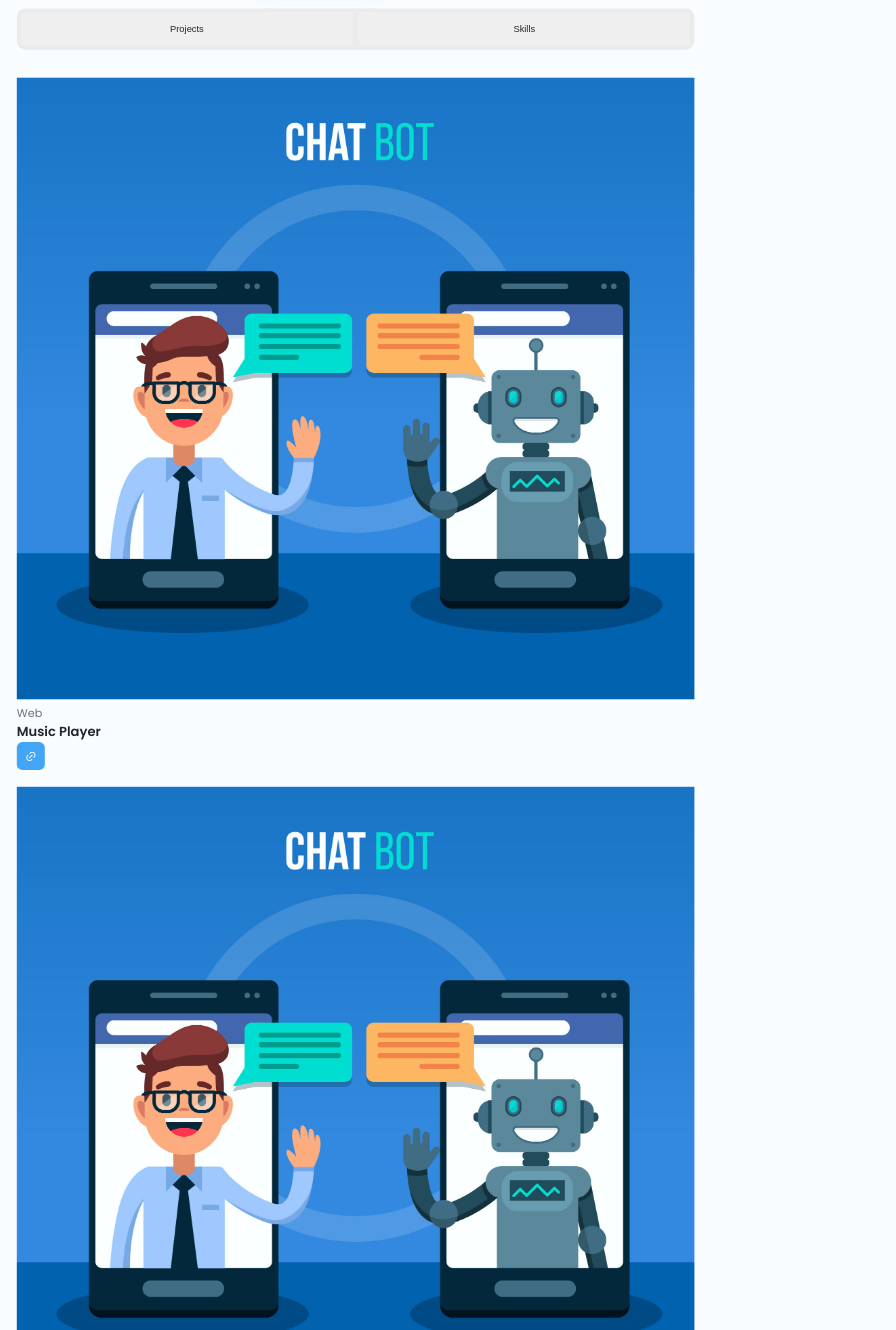
Repository: Kaii-Dev/Porfolio
Page: index.html
These files come from the project's save history. The page is drawn as it stood at one moment and after a run of saves; the edit follows.
The browser window is 1280 px wide. The pictures show the part of the page from y = 490 to 2390 px (the page is 4629 px tall before and 4634 px after), at 70% of full size.
A picture or video elsewhere on the page could not be fetched, so the positions and the page height are approximate. Some web libraries are served in a nearby version.

Above is the page before, as saved 2022-04-12 16:28:51.

After the next 4 saves:
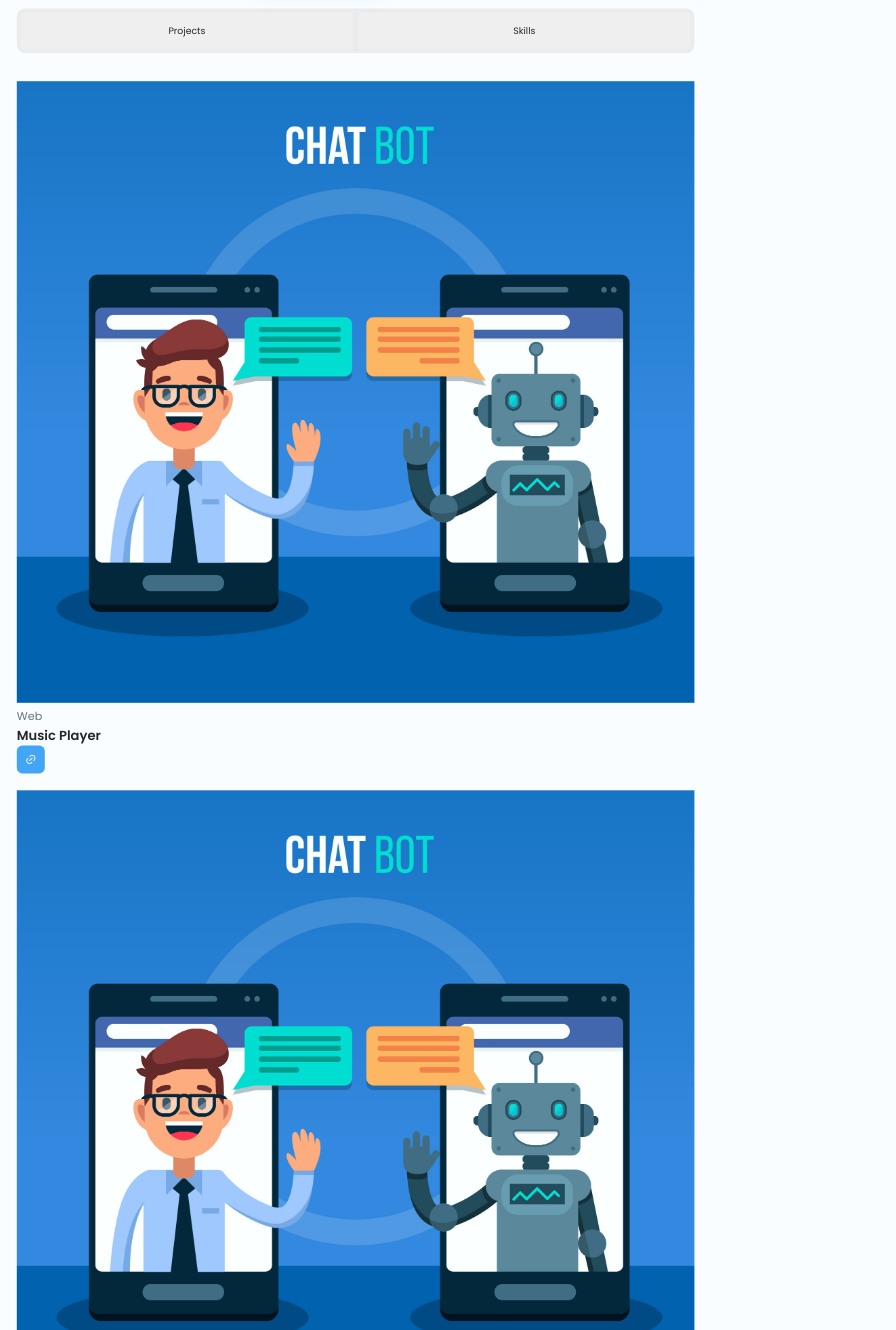
The 4 saves are shown as one change because they came seconds apart.
The last was saved 12 s later.
--- a/Assets/css/app.css
+++ b/Assets/css/app.css
@@ -236,5 +236,5 @@ img {
   outline: none;
   padding: 1rem;
   color: var(--title-color);
-
-}
+  font-family: var(--body-font);
+}
